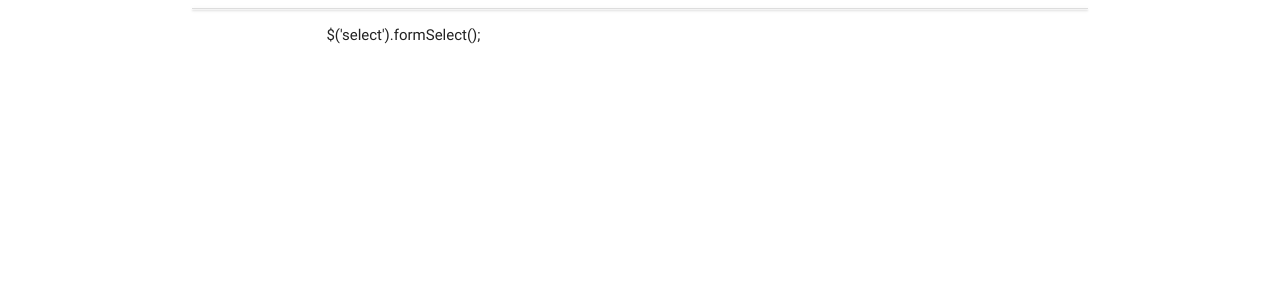
Repository: benbourgeois/task-manager
Page: http://localhost/
The author's editor kept a record of every edit. The page is drawn from the files as they stood at one moment, then again after the next edit.
The browser window is 1280 px wide. The pictures show the whole page.
Some web libraries are served in a nearby version. The page is served by the project's application, run on Flask 3 (app.py). Queries for data that is not in the repository find no rows.

Above is the page before.
Console error: TypeError: $(...).formSelect is not a function

After the next edit:
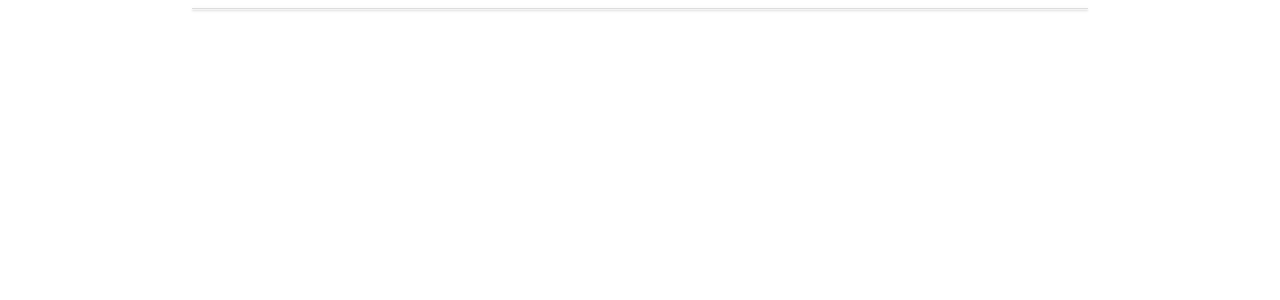
The edit:
--- a/templates/base.html
+++ b/templates/base.html
@@ -31,8 +31,3 @@
 </body>
 
 </html>
-
-
-<div class="container">
-<link rel="stylesheet" href="{{url_for('static', filename='css/style.css')}}" type="text/css" />
-$('select').formSelect();
